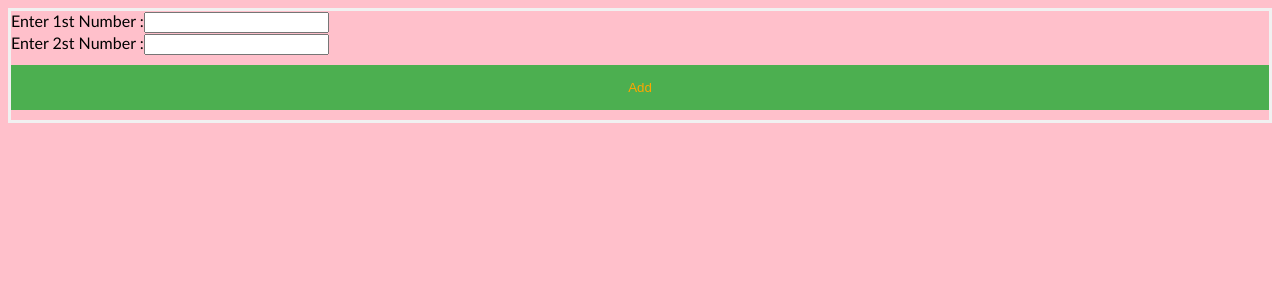
Repository: Shree50/ArisGlobal_Dev_Track
Page: http://localhost/AddJSP/
These files come from the project's save history. The page is drawn as it stood at one moment and after the next save; the edit follows.
The browser window is 1280 px wide. The pictures show the whole page.
The page is served by Tomcat 9. Other server files are loaded and not shown.

Above is the page before, as saved 2021-12-11 14:40:09.

### AddJSP/src/main/webapp/index.jsp
<%@ page language="java" contentType="text/html; charset=ISO-8859-1"
    pageEncoding="ISO-8859-1"%>
<!DOCTYPE html>
<html>
<head>
<meta charset="ISO-8859-1">
<title>Add Two Numbers</title>
<style>
Body {
  font-family: Calibri, Helvetica, sans-serif;
  background-color: pink;
}
button {
       background-color: #4CAF50;
       width: 100%;
        color: orange;
        padding: 15px;
        margin: 10px 0px;
        border: none;
        cursor: pointer;
         }
 form {
        border: 3px solid #f1f1f1;
    }
 input[type=text], input[type=Enter 1st Number] {
        width: 100%;
        margin: 8px 0;
        padding: 12px 20px;
        display: inline-block;
        border: 2px solid green;
        box-sizing: border-box;
    }
 button:hover {
        opacity: 0.7;
    }
  .cancelbtn {
        width: auto;
        padding: 10px 18px;
        margin: 10px 5px;
    }


 .container {
        padding: 25px;
        background-color: lightblue;
    }
</style>
</head>
<body>

<form method="GET" action="add">
Enter 1st Number :<input type="text" name="num1">
<br>
Enter 2st Number :<input type="text" name="num2">
<br>
<button type="submit">Add</button>

</form>
</body>
</html>

After the next save:
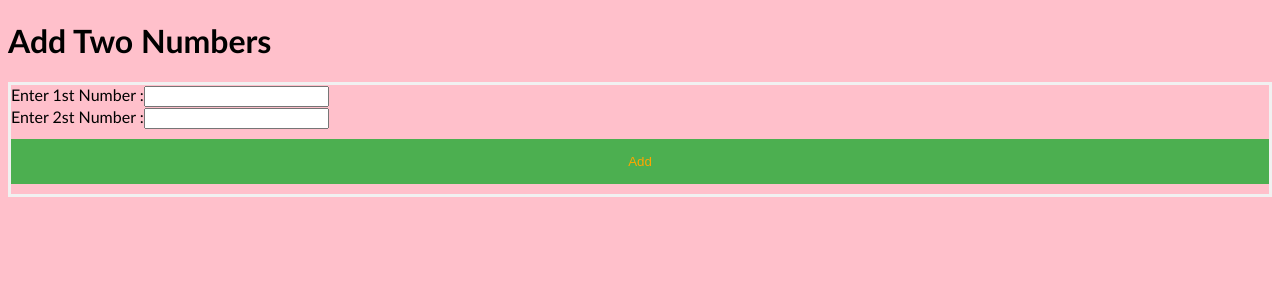
Saved 119 s later.
--- a/AddJSP/src/main/webapp/index.jsp
+++ b/AddJSP/src/main/webapp/index.jsp
@@ -47,7 +47,7 @@ button {
 </style>
 </head>
 <body>
-
+<h1>Add Two Numbers</h1>
 <form method="GET" action="add">
 Enter 1st Number :<input type="text" name="num1">
 <br>
